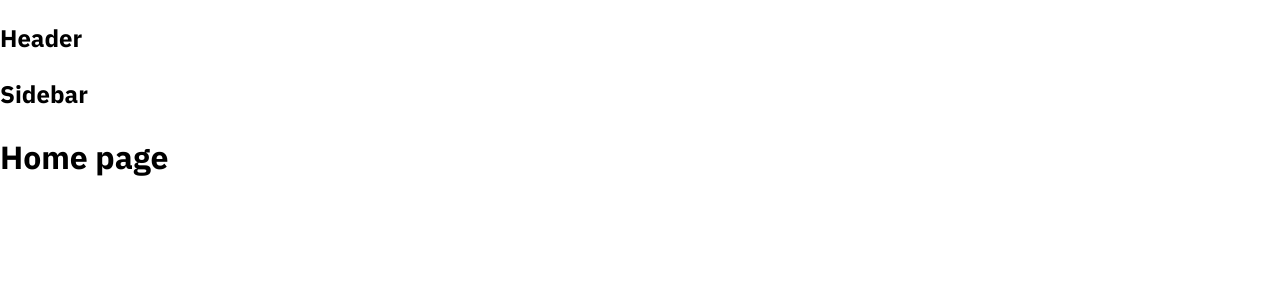
Repository: hmquandec05/tiktok-clone
Page: /
The author's editor kept a copy of each file at every save. The page is drawn from the files as they stood at one save, then again after the next save.
The browser window is 1280 px wide. The pictures show the whole page.
The project was rebuilt for these pictures with package versions that can differ from the ones it lists, and the page was loaded fresh each time. Also part of the build but not shown: src/components/Layouts/components/Header/Header.module.scss, src/components/Layouts/HeaderOnly/index.js, src/pages/Following/index.js, src/pages/Profile/index.js, src/pages/Search/index.js. Imported but missing from the stored project, and not drawn on this page: src/pages/Upload.

Above is the page before, as saved 2025-02-26 16:37:26.

### src/index.js
import React from "react";
import ReactDOM from "react-dom/client";
import App from "~/App";
import reportWebVitals from "./reportWebVitals";
import GlobalStyles from "~/components/GlobalStyles";

const root = ReactDOM.createRoot(document.getElementById("root"));
root.render(
  <React.StrictMode>
    <GlobalStyles>
      <App />
    </GlobalStyles>
  </React.StrictMode>
);

// If you want to start measuring performance in your app, pass a function
// to log results (for example: reportWebVitals(console.log))
// or send to an analytics endpoint. Learn more: https://bit.ly/CRA-vitals
reportWebVitals();

### src/App.js
import { Fragment } from "react";
import { BrowserRouter as Router, Routes, Route } from "react-router-dom";
import { publicRoutes } from "~/routes";
import { DefaultLayout } from "~/components/Layouts";

function App() {
  return (
    <Router>
      <div className="App">
        <Routes>
          {publicRoutes.map((route, index) => {
            const Page = route.component;

            let Layout = DefaultLayout;

            if (route.layout) {
              Layout = route.layout;
            } else if (route.layout === null) {
              Layout = Fragment;
            }
            return (
              <Route
                key={index}
                path={route.path}
                element={
                  <Layout>
                    <Page />
                  </Layout>
                }
              />
            );
          })}
        </Routes>
      </div>
    </Router>
  );
}

export default App;

### src/routes/index.js
// Layouts
import { HeaderOnly } from "~/components/Layouts";

// Pages
import Home from "~/pages/Home";
import Following from "~/pages/Following";
import Profile from "~/pages/Profile";
import Upload from "~/pages/Upload";
import Search from "~/pages/Search";

// Public routes
const publicRoutes = [
  {
    path: "/",
    component: Home,
  },
  {
    path: "/following",
    component: Following,
  },
  {
    path: "/profile",
    component: Profile,
  },
  {
    path: "/upload",
    component: Upload,
    layout: HeaderOnly,
  },
  {
    path: "/search",
    component: Search,
    layout: null,
  },
];

// Private routes
const privateRoutes = [
  {
    path: "/",
    component: Home,
  },
  {
    path: "/following",
    component: Following,
  },
];

export { publicRoutes, privateRoutes };

### src/components/GlobalStyles/GlobalStyles.scss
@import "normalize.css";
@import url("https://fonts.googleapis.com/css2?family=IBM+Plex+Sans:ital,wght@0,100;0,400;0,500;0,600;0,700;1,300;1,400&display=swap");

:root {
  --primary: #fe2c55;
}

* {
  box-sizing: border-box;
}

html {
  font-size: 62.5%;
}

body {
  font-family: "IBM Plex Sans", san-serif;
  font-size: 1.6rem;
  line-height: 1.5;
  text-rendering: optimizeSpeed;
}

### src/pages/Home/index.js
function Home() {
  return <h1>Home page</h1>;
}

export default Home;

### src/components/Layouts/DefaultLayout/index.js
import Header from "~/components/Layouts/components/Header";
import Sidebar from "./Sidebar";

function DefaultLayout({ children }) {
  return (
    <div>
      <Header />
      <div>
        <Sidebar />
        <div className="content">{children}</div>
      </div>
    </div>
  );
}

export default DefaultLayout;

### src/components/Layouts/components/Header/index.js
import classNames from "classnames/bind";
import styles from "./Header.module.scss";

const cx = classNames.bind(styles);

function Header() {
  return <h2>Header</h2>;
}

export default Header;

Loaded but not shown: public/index.html (common file); src/reportWebVitals.js (common file); src/components/GlobalStyles/index.js (common file); src/components/Layouts/index.js (common file); src/components/Layouts/DefaultLayout/Sidebar/index.js (common file)

After the next save:
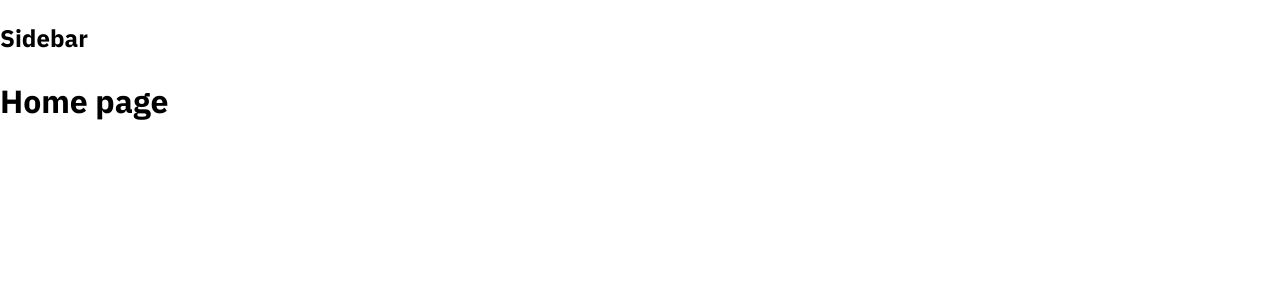
Saved 64 s later.
--- a/src/components/Layouts/components/Header/index.js
+++ b/src/components/Layouts/components/Header/index.js
@@ -4,7 +4,7 @@ import styles from "./Header.module.scss";
 const cx = classNames.bind(styles);
 
 function Header() {
-  return <h2>Header</h2>;
+  return <header className={cx("wrapper")}></header>;
 }
 
 export default Header;
